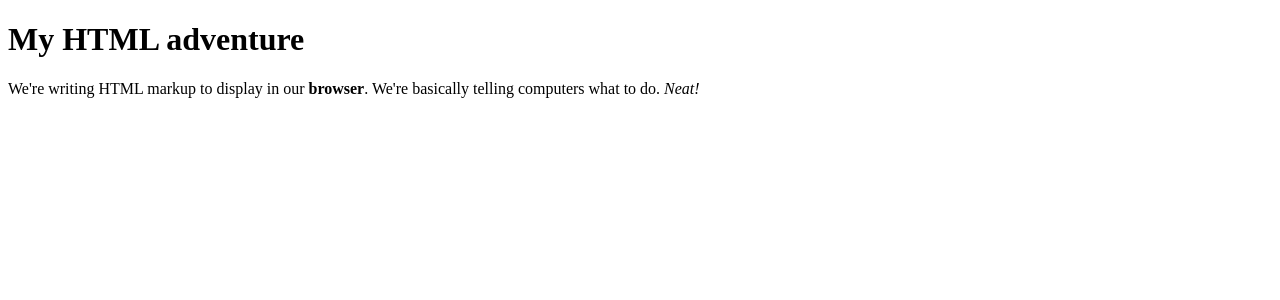
Repository: learn-co-students/fewpjs-dom-editing-lab-austin-web-030920
Page: index.html
An editor plug-in stored every save of this project. The page is shown before and after the next save, followed by the edit.
The browser window is 1280 px wide. The pictures show the whole page.

Above is the page before, as saved 2020-04-20 10:56:56.

### index.html
<!-- Write your code here! -->
<!DOCTYPE html>
<html lang="en">

<head>
    <meta charset="UTF-8">
    <meta name="viewport" content="width=device-width, initial-scale=1.0">
    <meta http-equiv="X-UA-Compatible" content="ie=edge">
    <title>Introduction to the DOM Lab</title>
</head>

<body>
    <!--All our work for this lesson will go here-->
    <h1>My HTML adventure</h1>
    <p>
        We're writing HTML markup to display in our <strong>browser</strong>.
        We're basically telling computers what to do. <em>Neat!</em>
    </p>
</body>

</html>

After the next save:
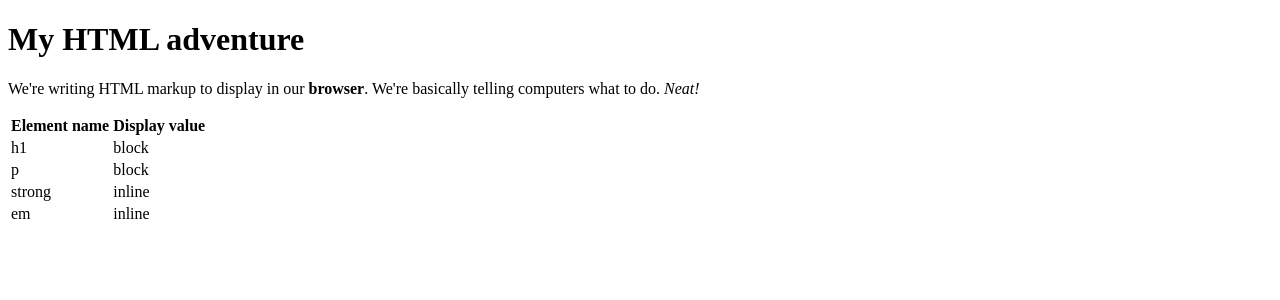
Saved 20 s later.
--- a/index.html
+++ b/index.html
@@ -16,6 +16,33 @@
         We're writing HTML markup to display in our <strong>browser</strong>.
         We're basically telling computers what to do. <em>Neat!</em>
     </p>
+
+    <table>
+        <thead>
+            <tr>
+                <th>Element name</th>
+                <th>Display value</th>
+            </tr>
+        </thead>
+        <tbody>
+            <tr>
+                <td>h1</td>
+                <td>block</td>
+            </tr>
+            <tr>
+                <td>p</td>
+                <td>block</td>
+            </tr>
+            <tr>
+                <td>strong</td>
+                <td>inline</td>
+            </tr>
+            <tr>
+                <td>em</td>
+                <td>inline</td>
+            </tr>
+        </tbody>
+    </table>
 </body>
 
 </html>
